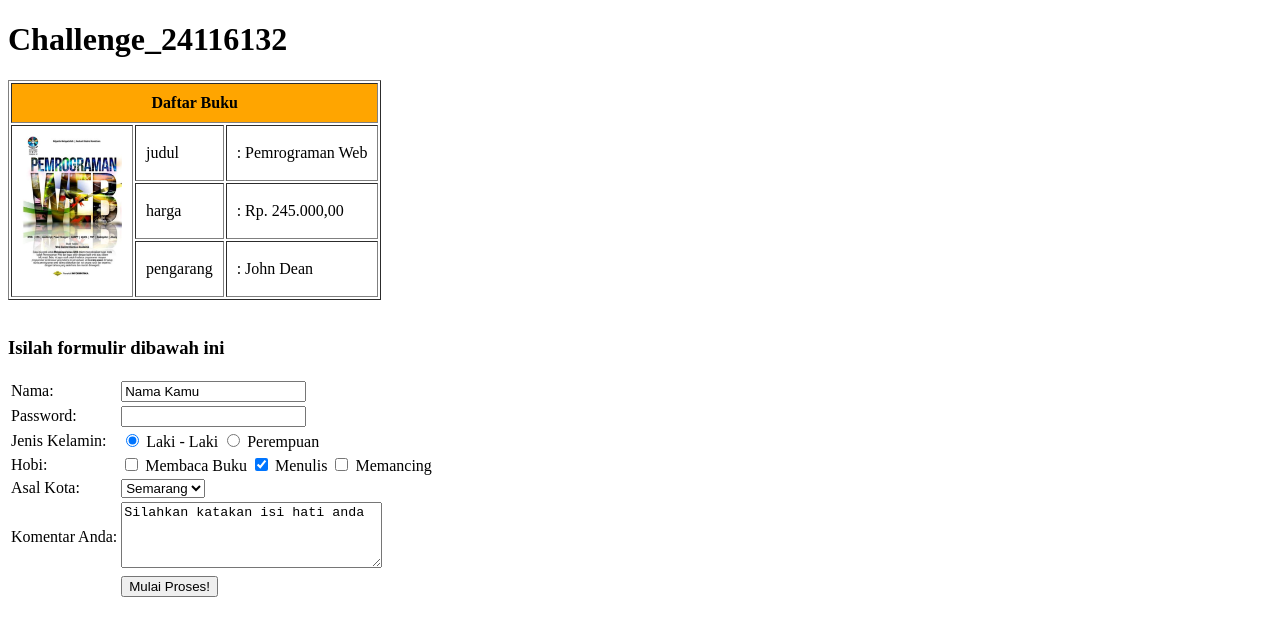
Repository: Abdsrya/Challenge_24116132
Page: Challenge_24116132.html
These files come from the project's save history. The page is drawn as it stood at one moment and after the next save; the edit follows.
The browser window is 1280 px wide. The pictures show the whole page.

Above is the page before, as saved 2026-04-20 09:55:29.

After the next save:
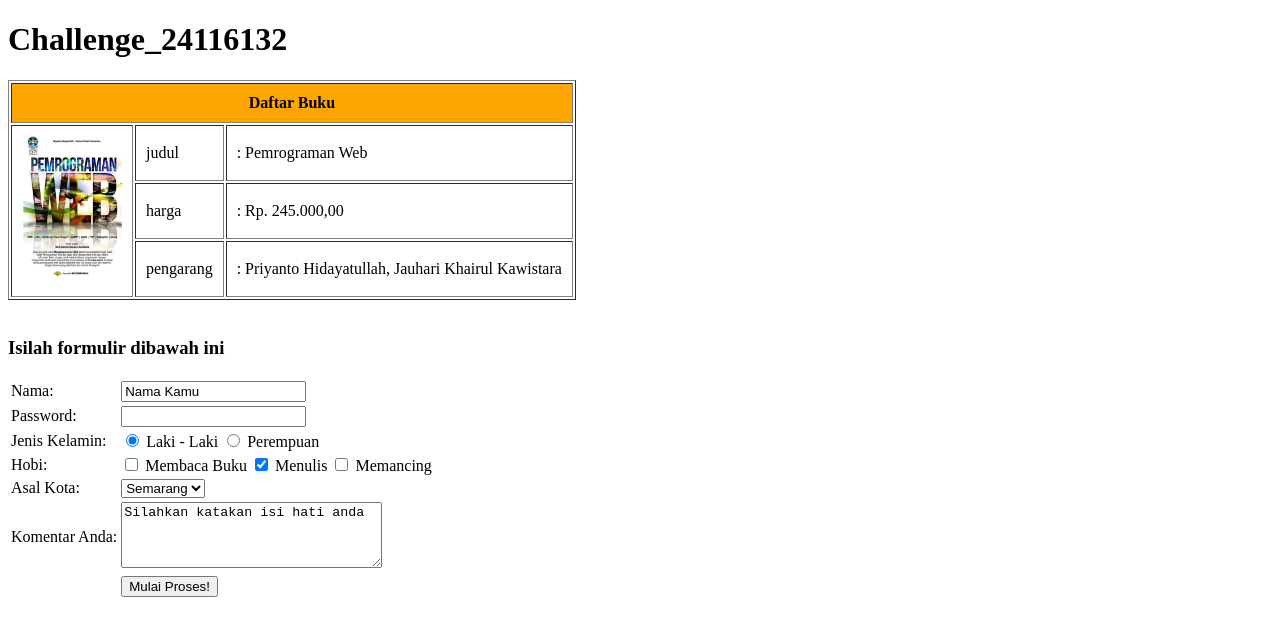
Saved 8 s later.
--- a/Challenge_24116132.html
+++ b/Challenge_24116132.html
@@ -25,7 +25,7 @@
         </tr>
         <tr>
             <td>pengarang</td>
-            <td>: John Dean</td>
+            <td>: Priyanto Hidayatullah, Jauhari Khairul Kawistara</td>
         </tr>
     </table>
     <br>
